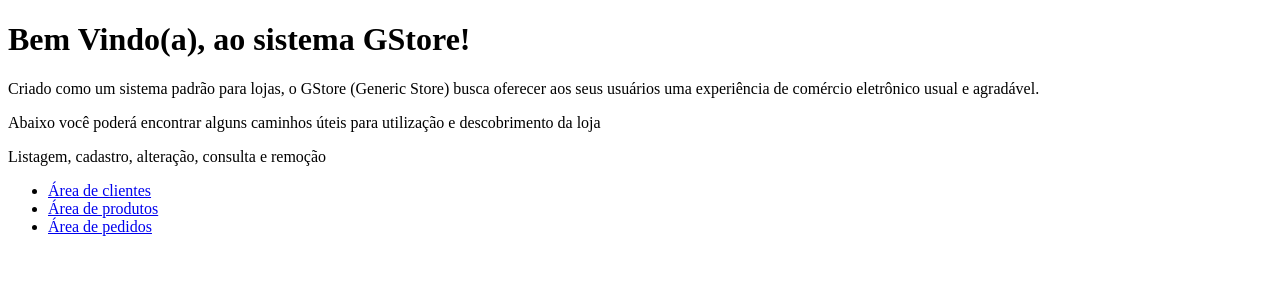
Repository: ElizeusRamos/gstore
Page: GStoreWorkspace/GStoreWeb/WebContent/index.html
An editor plug-in stored every save of this project. The page is shown before and after the next save, followed by the edit.
The browser window is 1280 px wide. The pictures show the whole page.

Above is the page before, as saved 2022-05-29 13:32:57.

After the next save:
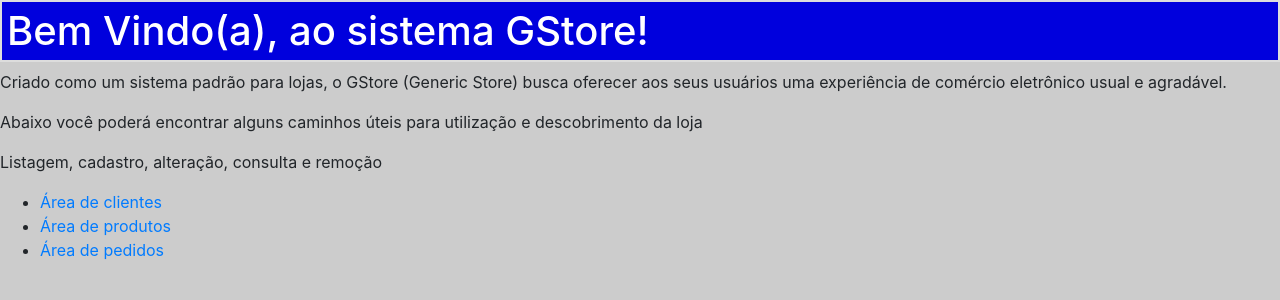
Saved 3 min 3 s later.
--- a/GStoreWorkspace/GStoreWeb/WebContent/index.html
+++ b/GStoreWorkspace/GStoreWeb/WebContent/index.html
@@ -3,6 +3,13 @@
 	<head>
 		<meta charset="ISO-8859-1">
 		<title>Página Default</title>
+
+		<link rel="stylesheet" type="text/css" href="styles/bootstrap.min.css" media="screen" />
+		<link rel="stylesheet" type="text/css" href="styles/base-style.css" media="screen" />
+		<script type="text/javascript" src="scripts/jquery.min.js"></script>
+		<script type="text/javascript" src="scripts/popper.min.js"></script>
+		<script type="text/javascript" src="scripts/bootstrap.min.js"></script>
+		<script type="text/javascript" src="scripts/jquery.mask.min.js"></script>
 	</head>
 	<body>
 		<h1>Bem Vindo(a), ao sistema GStore!</h1>

After the save that followed:
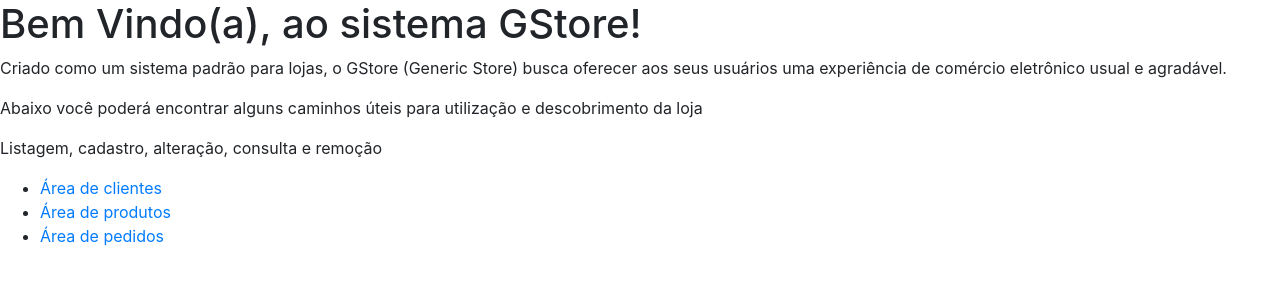
Saved 27 s later.
--- a/GStoreWorkspace/GStoreWeb/WebContent/index.html
+++ b/GStoreWorkspace/GStoreWeb/WebContent/index.html
@@ -5,7 +5,6 @@
 		<title>Página Default</title>
 
 		<link rel="stylesheet" type="text/css" href="styles/bootstrap.min.css" media="screen" />
-		<link rel="stylesheet" type="text/css" href="styles/base-style.css" media="screen" />
 		<script type="text/javascript" src="scripts/jquery.min.js"></script>
 		<script type="text/javascript" src="scripts/popper.min.js"></script>
 		<script type="text/javascript" src="scripts/bootstrap.min.js"></script>
